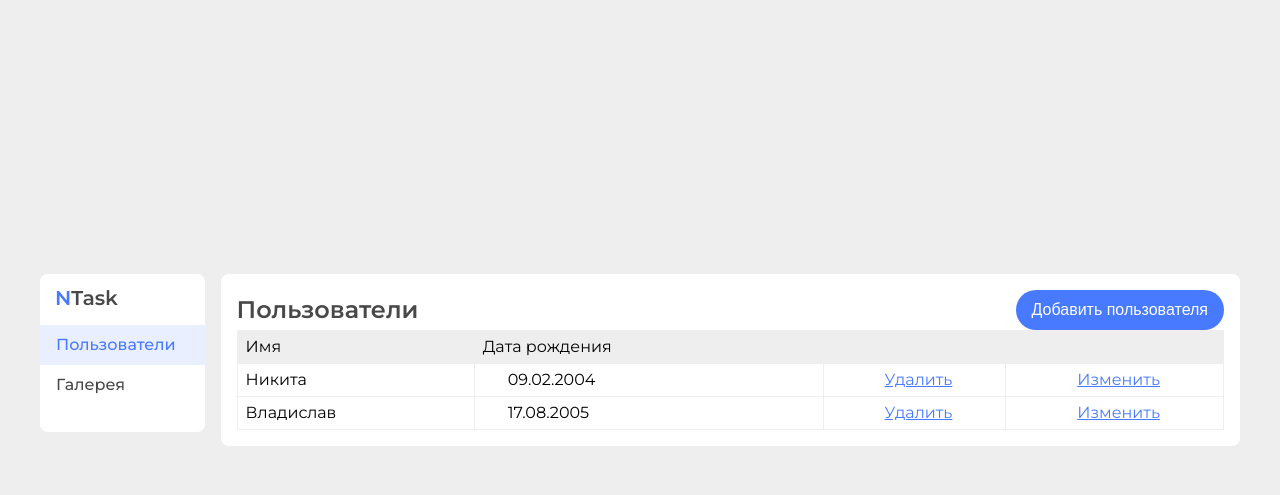
Repository: Grid-Master/NTask
Page: /gallery
An editor plug-in stored every save of this project. The page is shown before and after the next save, followed by the edit.
The browser window is 1280 px wide. The pictures show the whole page.
The project was rebuilt for these pictures with package versions that can differ from the ones it lists, and the page was loaded fresh each time. Also part of the build but not shown: src/components/gallery/gallery.sass, src/components/gallery/Gallery.tsx, src/components/updateUser/updateUser.sass, src/components/updateUser/UpdateUser.tsx.

Above is the page before, as saved 2023-06-09 20:18:27.

After the next save:
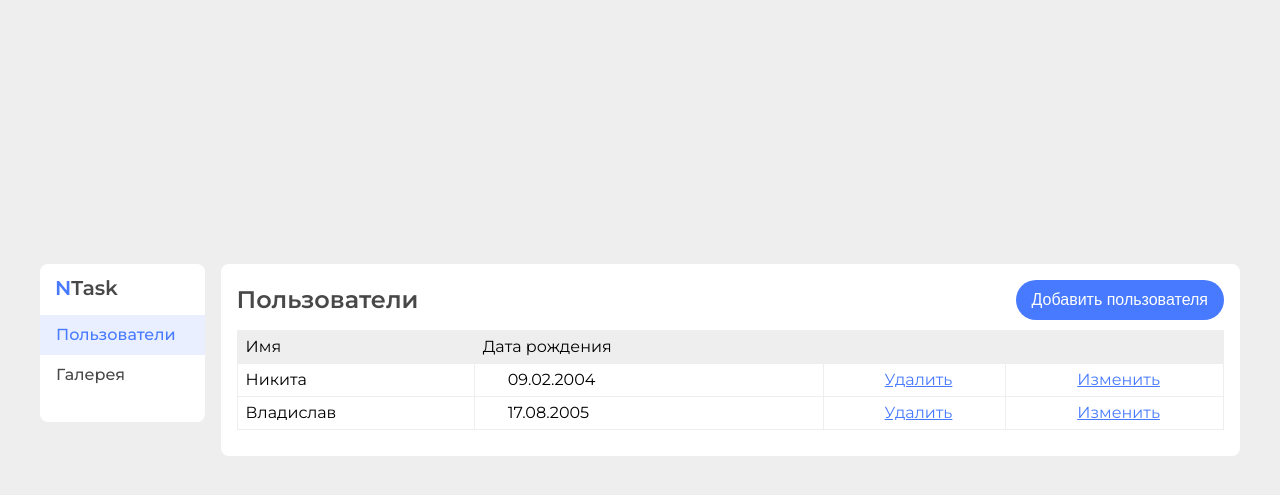
Saved 30 s later.
--- a/src/components/userList/userList.sass
+++ b/src/components/userList/userList.sass
@@ -7,6 +7,7 @@
         display: flex
         align-items: center
         justify-content: space-between
+        margin-bottom: 10px
     &__title
         font-weight: 600
         font-size: 24px
